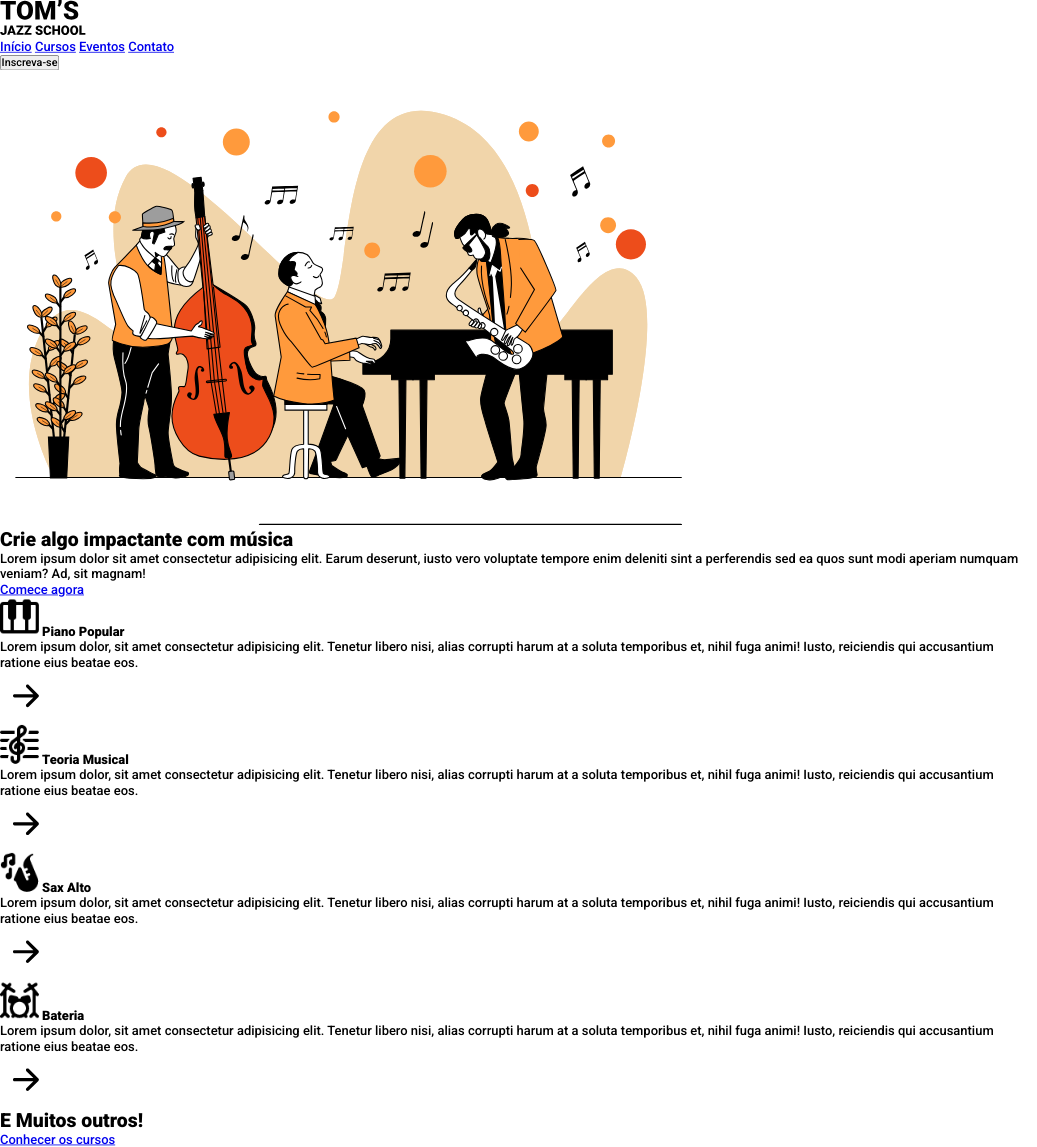
Repository: tenoriodasilva31/OBC-Music-School
Page: index.html
An editor plug-in stored every save of this project. The page is shown before and after the next save, followed by the edit.
The browser window is 1280 px wide. The pictures show the whole page, at 81% of full size.

Above is the page before, as saved 2023-07-05 16:51:14.

After the next save:
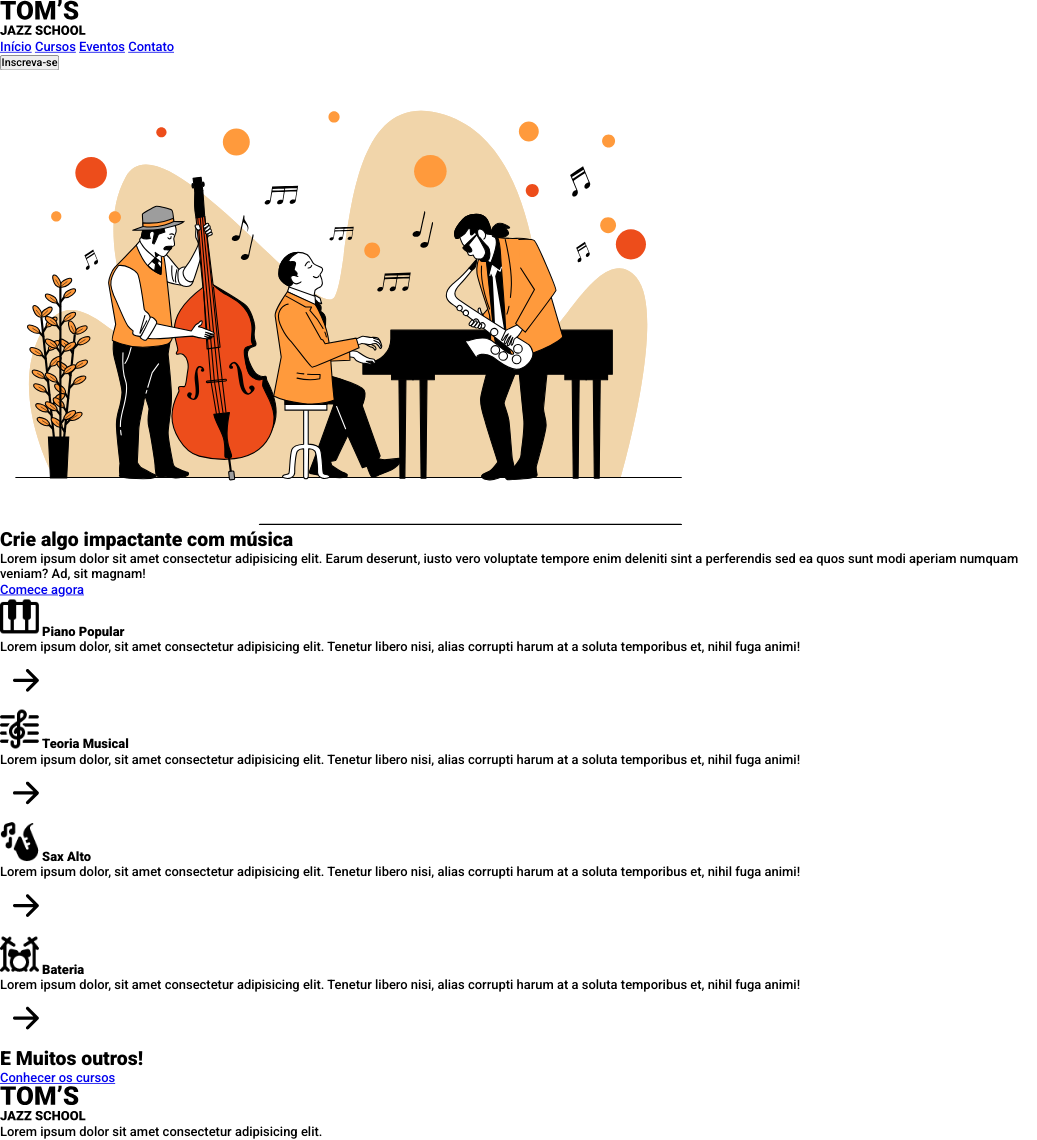
Saved 3 min 46 s later.
--- a/index.html
+++ b/index.html
@@ -33,10 +33,12 @@
             </div>
         </section>
         <section>
+            <div class="cards">
             <article>
+
                 <img src="/img/piano.png" alt="icone de teclas de piano">
                 <strong>Piano Popular</strong>
-                <p>Lorem ipsum dolor, sit amet consectetur adipisicing elit. Tenetur libero nisi, alias corrupti harum at a soluta temporibus et, nihil fuga animi! Iusto, reiciendis qui accusantium ratione eius beatae eos.</p>
+                <p>Lorem ipsum dolor, sit amet consectetur adipisicing elit. Tenetur libero nisi, alias corrupti harum at a soluta temporibus et, nihil fuga animi!</p>
                 <a href="#">
                     <img src="/img/arrow-right.svg" alt="Ir para página do curso">
                 </a>
@@ -44,7 +46,7 @@
             <article>
                 <img src="/img/clef.png" alt="icone clave">
                 <strong>Teoria Musical</strong>
-                <p>Lorem ipsum dolor, sit amet consectetur adipisicing elit. Tenetur libero nisi, alias corrupti harum at a soluta temporibus et, nihil fuga animi! Iusto, reiciendis qui accusantium ratione eius beatae eos.</p>
+                <p>Lorem ipsum dolor, sit amet consectetur adipisicing elit. Tenetur libero nisi, alias corrupti harum at a soluta temporibus et, nihil fuga animi!</p>
                 <a href="#">
                     <img src="/img/arrow-right.svg" alt="Ir para página do curso">
                 </a>
@@ -52,7 +54,7 @@
             <article>
                 <img src="/img/sax.png" alt="icone de teclas de piano">
                 <strong>Sax Alto</strong>
-                <p>Lorem ipsum dolor, sit amet consectetur adipisicing elit. Tenetur libero nisi, alias corrupti harum at a soluta temporibus et, nihil fuga animi! Iusto, reiciendis qui accusantium ratione eius beatae eos.</p>
+                <p>Lorem ipsum dolor, sit amet consectetur adipisicing elit. Tenetur libero nisi, alias corrupti harum at a soluta temporibus et, nihil fuga animi!</p>
                 <a href="#">
                     <img src="/img/arrow-right.svg" alt="Ir para página do curso">
                 </a>
@@ -60,14 +62,22 @@
             <article>
                 <img src="/img/drums.png" alt="icone de teclas de piano">
                 <strong>Bateria</strong>
-                <p>Lorem ipsum dolor, sit amet consectetur adipisicing elit. Tenetur libero nisi, alias corrupti harum at a soluta temporibus et, nihil fuga animi! Iusto, reiciendis qui accusantium ratione eius beatae eos.</p>
+                <p>Lorem ipsum dolor, sit amet consectetur adipisicing elit. Tenetur libero nisi, alias corrupti harum at a soluta temporibus et, nihil fuga animi!</p>
                 <a href="#">
                     <img src="/img/arrow-right.svg" alt="Ir para página do curso">
                 </a>
             </article>
+            </div>
             <h2>E <span>Muitos</span> outros!</h2>
             <a href="#" class="button">Conhecer os cursos</a>
         </section>
     </main>
+
+    <footer>
+        <div>
+            <img src="/img/logo.svg" alt="Tom's School">
+            <p>Lorem ipsum dolor sit amet consectetur adipisicing elit. </p>
+        </div>
+    </footer>
 </body>
 </html>
